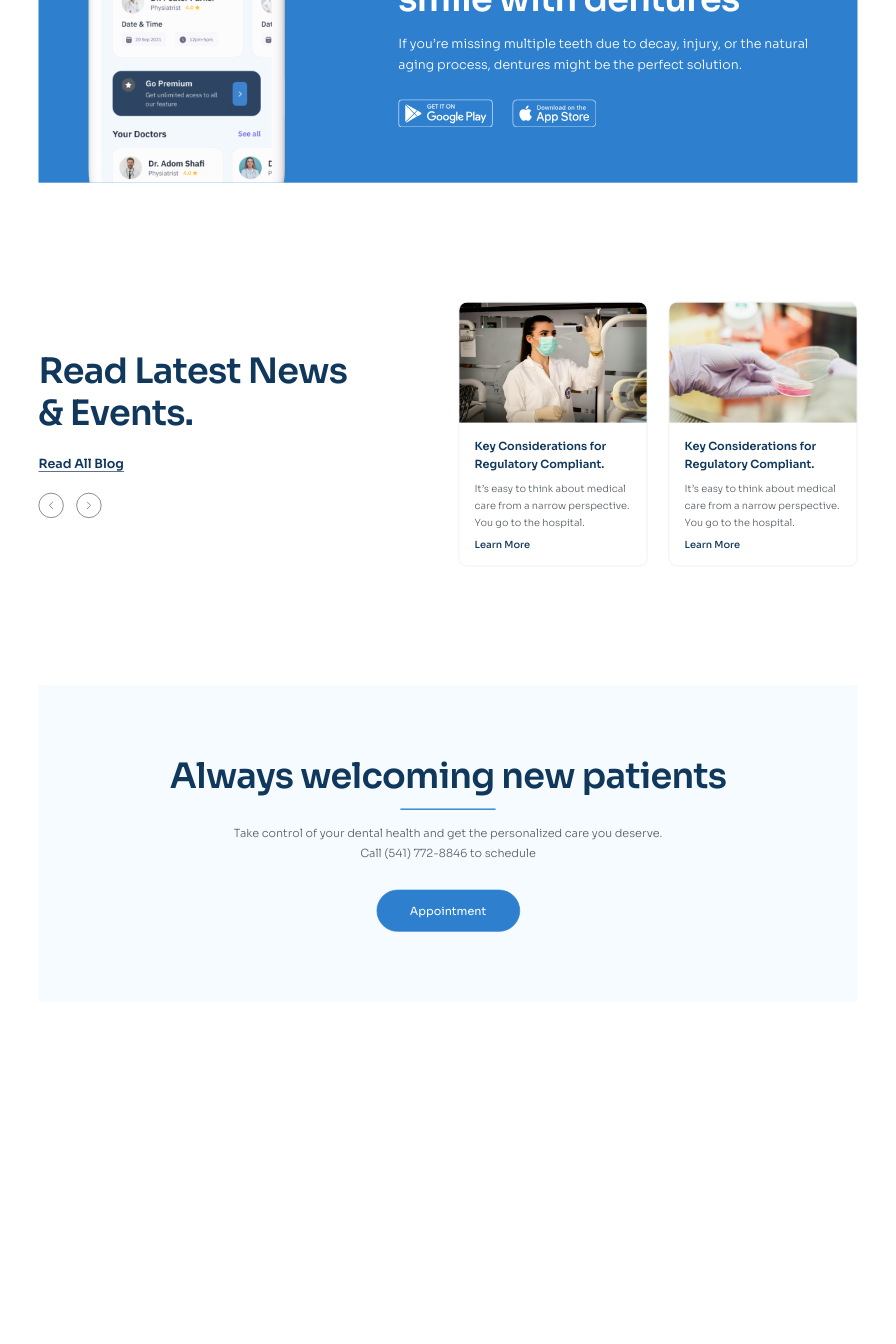
Repository: han2003dz/f8-project-03
Page: index.html
An editor plug-in stored every save of this project. The page is shown before and after a run of saves, followed by the edit.
The browser window is 1280 px wide. The pictures show the part of the page from y = 4580 to 6500 px (the page is 8000 px tall), at 70% of full size.

Above is the page before, as saved 2023-05-09 00:01:06.

After the next 4 saves:
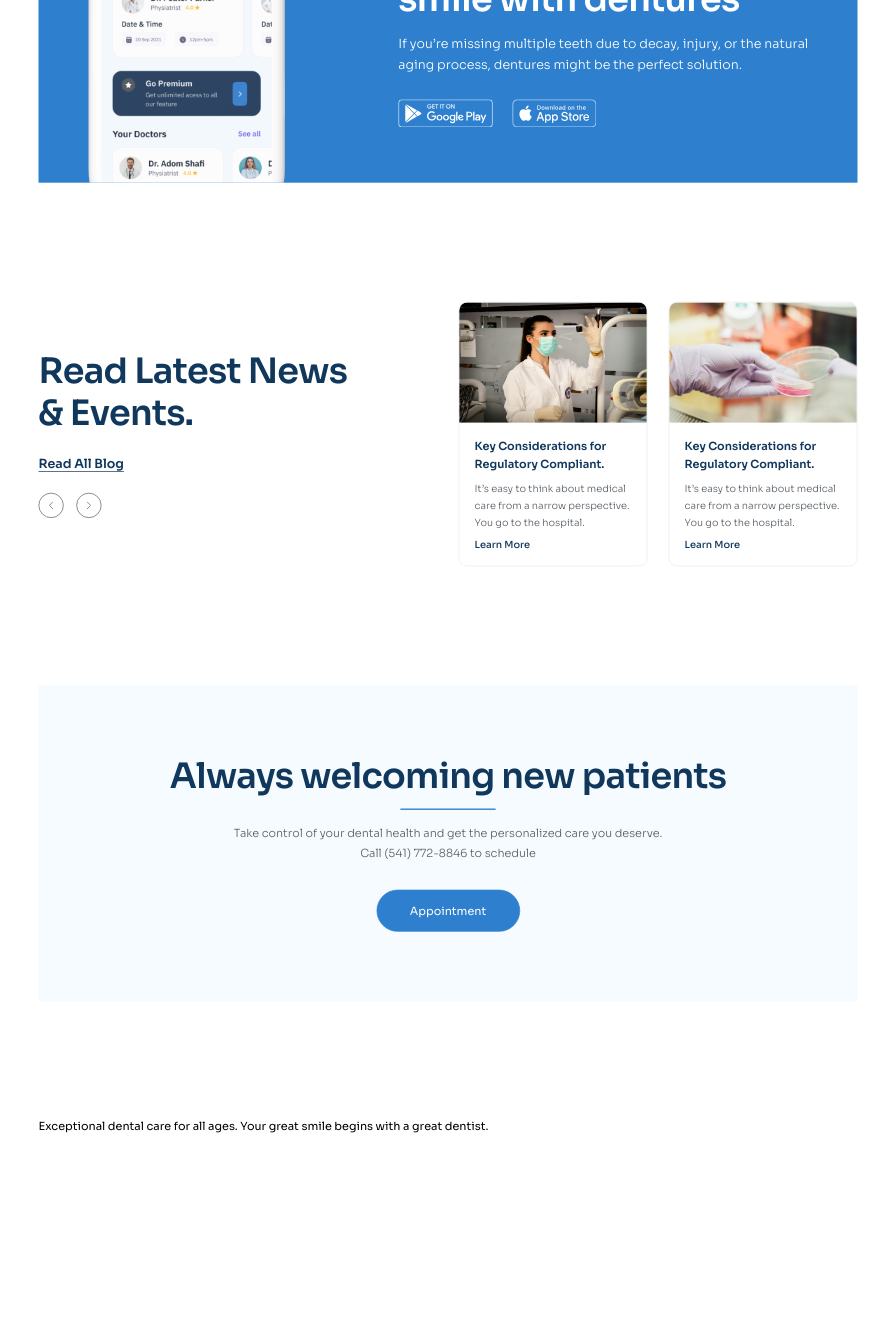
The 4 saves are shown as one change because they came seconds apart.
The last was saved 13 s later.
--- a/index.html
+++ b/index.html
@@ -367,7 +367,8 @@
                     <h2 class="appointment-heading section-heading">
                         Always welcoming new patients
                     </h2>
-                    <p class="appointment-desc section-desc">Take control of your dental health and get the personalized care you
+                    <p class="appointment-desc section-desc">Take control of your dental health and get the personalized
+                        care you
                         deserve. Call (541) 772-8846 to schedule
                     </p>
                     <a href="#!" class="appointment-btn btn">Appointment</a>
@@ -380,7 +381,9 @@
         <div class="container">
             <div class="footer__row">
                 <div class="footer__col">
-                    <p class="footer__desc"></p>
+                    <p class="footer__desc">Exceptional dental care for all ages. Your great smile begins with a great
+                        dentist.
+                    </p>
                 </div>
                 <div class="footer__col"></div>
                 <div class="footer__col"></div>
